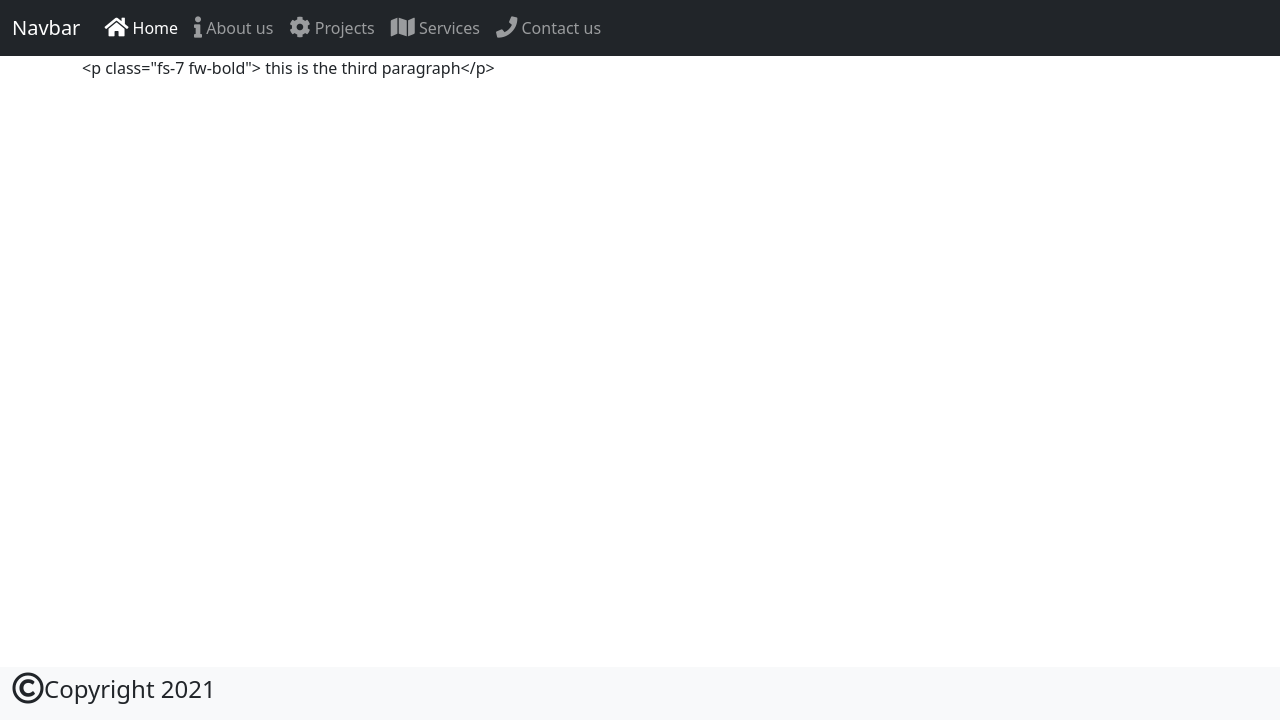
Repository: Hasib001/WEBD6201---W2021---ICE-1
Page: index.html
The author's editor kept a copy of each file at every save. The page is drawn from the files as they stood at one save, then again after the next save.
The browser window is 1280 px wide. The pictures show the whole page.

Above is the page before, as saved 2021-01-22 23:14:36.

### index.html
<!DOCTYPE html>
<html lang="en">
<head>
    <meta charset="UTF-8">
    <meta name="viewport" content="width=device-width, initial-scale=1.0">
    <title>WEBD6201 - W2021 - ICE 1</title>
    <!--CSS Section -->
    <link rel="stylesheet" href="./node_modules/bootstrap/dist/css/bootstrap.min.css">
    <link rel="stylesheet" href="./node_modules/@fortawesome/fontawesome-free/css/all.css">
    <link rel="stylesheet" href="./Content/app.css" >
</head>
<body>

    <header>
        <nav class="navbar navbar-expand-lg navbar-dark bg-dark">
            <div class="container-fluid">
              <a class="navbar-brand" href="#">Navbar</a>
              <button class="navbar-toggler" type="button" data-bs-toggle="collapse" data-bs-target="#navbarSupportedContent" aria-controls="navbarSupportedContent" aria-expanded="false" aria-label="Toggle navigation">
                <span class="navbar-toggler-icon"></span>
              </button>
              <div class="collapse navbar-collapse" id="navbarSupportedContent">
                <ul class="navbar-nav me-auto mb-2 mb-lg-0">
                  <li class="nav-item">
                    <a class="nav-link active" aria-current="page" href="#"><i class="fas fa-home fa-lg"></i> Home</a>
                  </li>

                  <li class="nav-item">
                    <a class="nav-link" aria-current="page" href="#"><i class="fas fa-info fa-lg"></i> About us</a>
                  </li>

                  <li class="nav-item">
                    <a class="nav-link" aria-current="page" href="#"><i class="fas fa-cog fa-lg"></i> Projects</a>
                  </li>

                  <li class="nav-item">
                    <a class="nav-link" aria-current="page" href="#"><i class="fas fa-map fa-lg"></i> Services</a>
                  </li>

                  <li class="nav-item">
                    <a class="nav-link" aria-current="page" href="#"><i class="fas fa-phone fa-lg"></i> Contact us</a>
                  </li>

                </ul>

              </div>
            </div>
          </nav>

    </header>

    <div>
        <main class="container">
            <h1>Welcome to WEBD 6201</h1>
            <p id="paragraphOne"></p>
        </main>
    </div>

    <footer>
        <nav class="navbar fixed-bottom navbar-light bg-light">
            <div class="container-fluid">
              <h4><i class="far fa-copyright fa-lg"></i>Copyright 2021</h4>
            </div>
          </nav>

    </footer>


    <!--JAvascript section-->
    <script src="./node_modules/jquery/dist/jquery.min.js"></script>
    <script src="./node_modules/bootstrap/dist/js/bootstrap.bundle.min.js"></script>
    <script src="./Scripts/app.js" > </script>

</body>
</html>

### Content/app.css
/* css code goes here */

### Scripts/app.js
/* custom javaScript code goes here */

//IIFE - Immediately Invoked Function Expression
//AKA
//closure

"use strict";

(function()
{
    function Start()
    {
        console.log("App Started...");
        let paragraphOneText ="This is a simple site to demonstrate DOM Manipulation for ICE 1";

        let paragraphOneElement=document.getElementById("paragraphOne");

        paragraphOneElement.textContent=paragraphOneText;
        paragraphOneElement.className="fs-5";

        //step 1. document.create element
        let newParagraph = document.createElement("p");
        //step 2. configure element
        newParagraph.setAttribute("id","paragraphTwo");
        newParagraph.textContent="...and this is paragraph two";

        //step 3. select the parent element
        let mainContent = document.getElementsByTagName("main")[0];

        //step 4. Add/Insert the element
        mainContent.appendChild(newParagraph);

        newParagraph.className="fs-6";

        let paragraphThree = `<p class="fs-7 fw-bold"> this is the third paragraph</p>`;

        mainContent.textContent=paragraphThree;





    }

    window.addEventListener("load",Start);
}

)();

Loaded but not shown: node_modules/bootstrap/dist/css/bootstrap.min.css (library); node_modules/@fortawesome/fontawesome-free/css/all.css (library); node_modules/jquery/dist/jquery.min.js (library); node_modules/bootstrap/dist/js/bootstrap.bundle.min.js (library)

After the next save:
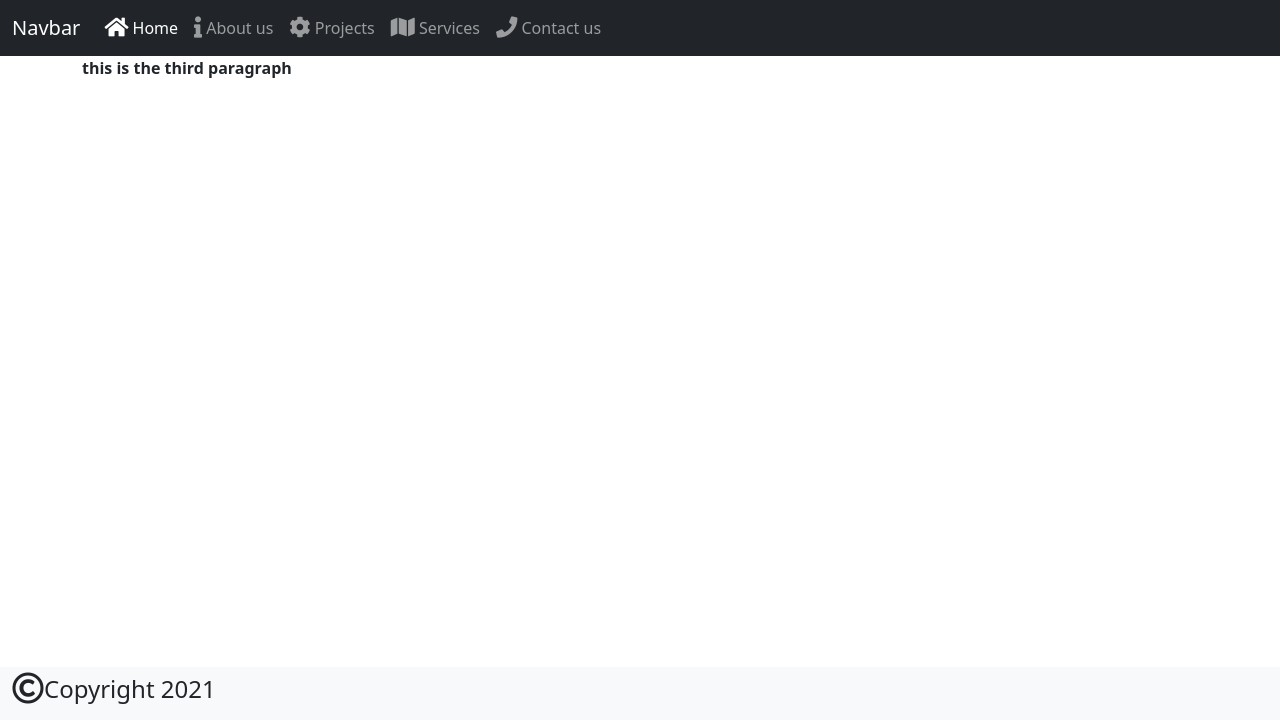
Saved 38 s later.
--- a/Scripts/app.js
+++ b/Scripts/app.js
@@ -34,7 +34,7 @@
 
         let paragraphThree = `<p class="fs-7 fw-bold"> this is the third paragraph</p>`;
 
-        mainContent.textContent=paragraphThree;
+        mainContent.innerHTML=paragraphThree;
 
 
 
